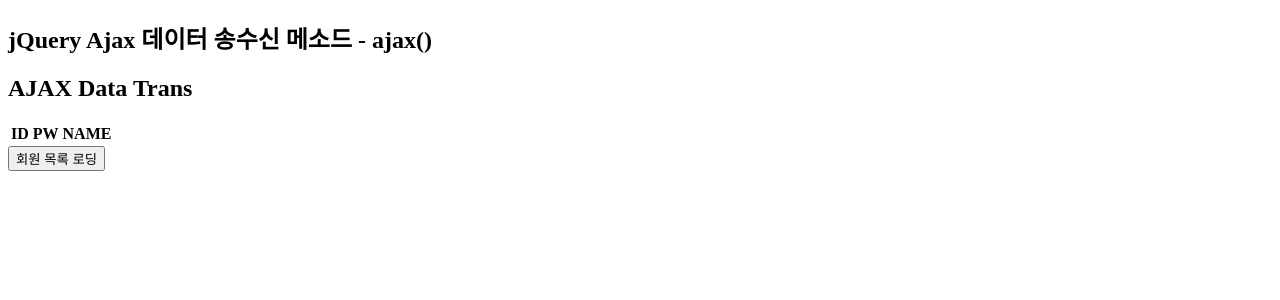
Repository: qkrwjddn1026/pro06_1
Page: http://localhost/ajax/test2
An editor plug-in stored every save of this project. The page is shown before and after the next save, followed by the edit.
The browser window is 1280 px wide. The pictures show the whole page.
Some web libraries are served in a nearby version. The page is this project's Thymeleaf template; nobody is signed in. The template is opened directly, without the code that normally fills it, so the values that code supplies are empty.

Above is the page before, as saved 2022-12-21 03:39:37.

After the next save:
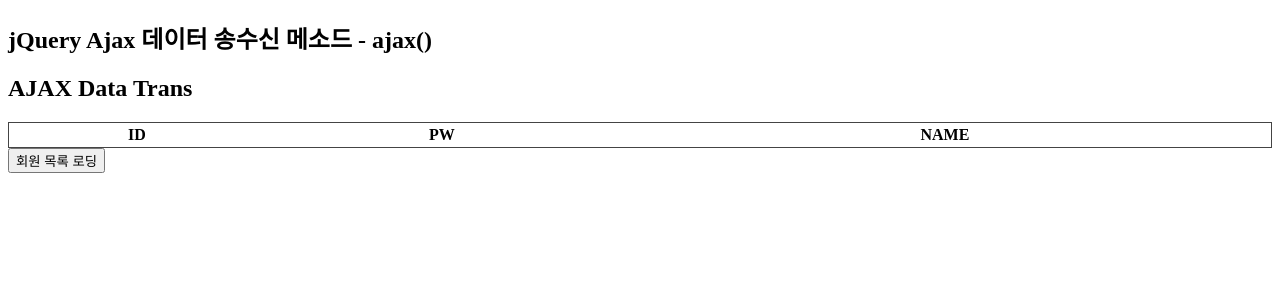
Saved 3 min 6 s later.
--- a/myapp/src/main/resources/templates/ajax/test2.html
+++ b/myapp/src/main/resources/templates/ajax/test2.html
@@ -7,6 +7,10 @@
     <title>Document</title>
     <script src="https://code.jquery.com/jquery-latest.js"></script>
     <script src="http://code.jquery.com/ui/1.12.1/jquery-ui.js"></script>
+    <style>
+    .table{width: 100%;
+          border: 1px solid #444444;}
+    </style>
 </head>
 <body>
     <section class="container">

After the save that followed:
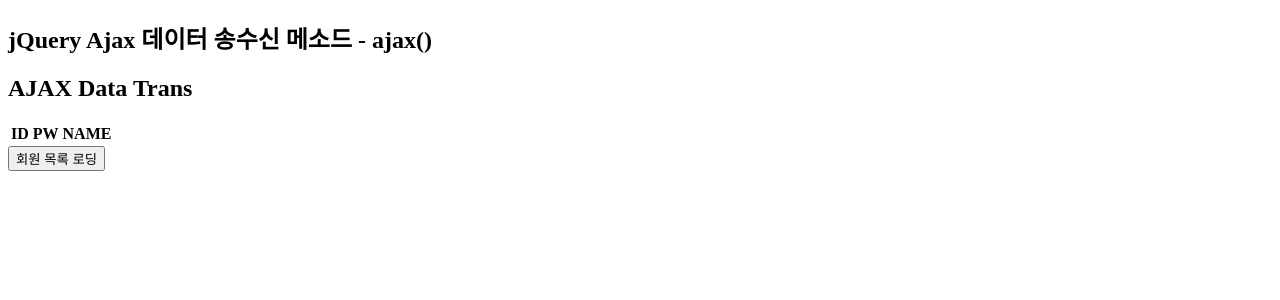
Saved 21 s later.
--- a/myapp/src/main/resources/templates/ajax/test2.html
+++ b/myapp/src/main/resources/templates/ajax/test2.html
@@ -7,10 +7,7 @@
     <title>Document</title>
     <script src="https://code.jquery.com/jquery-latest.js"></script>
     <script src="http://code.jquery.com/ui/1.12.1/jquery-ui.js"></script>
-    <style>
-    .table{width: 100%;
-          border: 1px solid #444444;}
-    </style>
+
 </head>
 <body>
     <section class="container">
